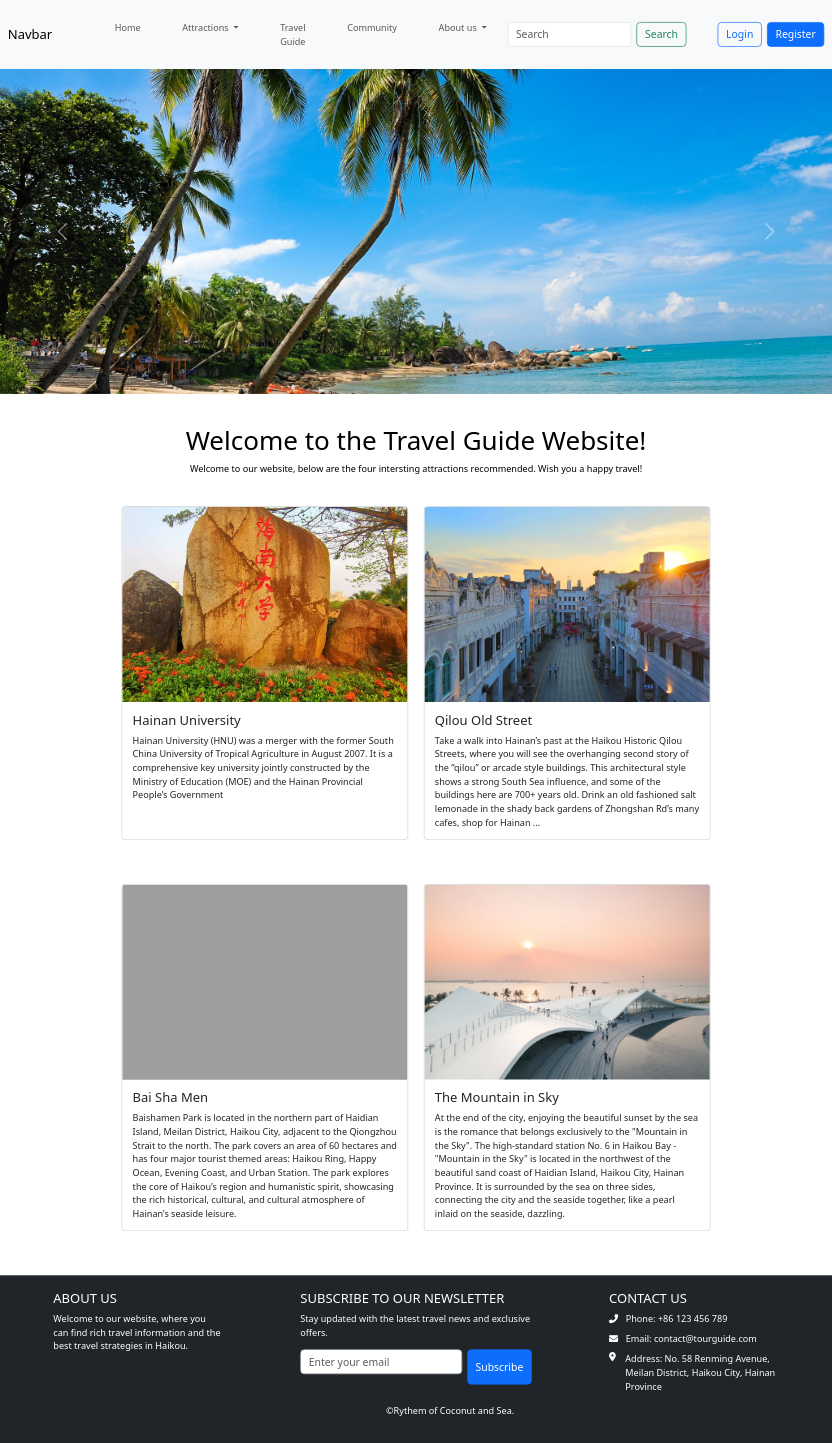
Repository: NIIT-RG6/web-project
Page: /
An editor plug-in stored every save of this project. The page is shown before and after the next save, followed by the edit.
The browser window is 1280 px wide. The pictures show the whole page, at 65% of full size.
Pictures or frames that could not be fetched are drawn as grey boxes. The project was rebuilt for these pictures with package versions that can differ from the ones it lists, and the page was loaded fresh each time. Also part of the build but not shown: vue.config.js, src/views/College.vue, src/views/Foods.vue, src/views/Park.vue, src/views/Sky.vue, src/views/Street.vue, src/views/StrategyHome.vue, src/views/StrategyBlog.vue and 6 more. Imported but missing from the stored project, and not drawn on this page: src/assets/js/vuetify.js.

Above is the page before, as saved 2024-10-25 04:02:58.

### src/main.js
import 'bootstrap/dist/css/bootstrap.min.css';
import 'bootstrap/dist/js/bootstrap.bundle.min.js';
import "element-plus/dist/index.css";
import '@fortawesome/fontawesome-free/css/all.css';

import * as ElementPlusIconsVue from "@element-plus/icons-vue";

import { createApp } from 'vue';
import App from './App.vue';
import router from './router';
//import vuetify from '../src/assets/js/vuetify'
import ElementPlus from "element-plus";



//import '../src/assets/js/vuetify'
import '@/assets/css/global.css'


createApp(App)
  .use(ElementPlus)
  .use(router)
  //.use(vuetify)
  .use((app) => {
    for (const [key, component] of Object.entries(ElementPlusIconsVue)) {
      app.component(key, component);
    }
  })
  .mount("#app");


// Vue.use(vuetify)
// Vue.config.productionTip = false
// new Vue({
//   vuetify,
//   router,
//   render: h => h(App)
// }).$mount('#app')

### src/App.vue
<template>
	<div id="app">
		<!-- 只有在当前路径不属于隐藏列表时才显示 NavBar -->
		<NavBar v-if="!shouldHideNavAndFooter" />

		<!-- 路由视图 -->
		<router-view />

		<!-- 只有在当前路径不属于隐藏列表时才显示 AppFooter -->
		<AppFooter v-if="!shouldHideNavAndFooter" />
	</div>
</template>

<script>
//import "./style.css";
import NavBar from './components/NavBar.vue';
import AppFooter from './components/AppFooter.vue';
import { computed } from 'vue';
import { useRoute } from 'vue-router';


export default {
	components: {
		NavBar,
		AppFooter
	},
	setup() {
		// 使用 useRoute 钩子获取当前路由
		const route = useRoute();

		// 定义需要隐藏 NavBar 和 AppFooter 的路径
		const hiddenRoutes = ['/login', '/register', '/forgot', '/about-us/contract', '/about-us/privacy'];

		// 判断当前路由路径是否在隐藏列表中
		const shouldHideNavAndFooter = computed(() => hiddenRoutes.includes(route.path));

		return {
			shouldHideNavAndFooter
		};
	}
};
</script>

<style scoped lang="less"></style>

### src/router/index.js
import { createRouter, createWebHistory } from 'vue-router';

// import vue from 'vue';
// import VueRouter from 'vue-router';

// Vue.use(VueRouter);
//Static import
import HomePage from '../views/HomePage.vue';
import College from '@/views/College.vue';
import Foods from '@/views/Foods.vue';
import Park from '@/views/Park.vue';
import Sky from '@/views/Sky.vue';
import Street from '@/views/Street.vue';
import StrategyHome from '../views/StrategyHome.vue';
import StrategyBlog from '../views/StrategyBlog.vue';
import InteractiveCommunity from '../views/InteractiveCommunity.vue';

// Dynamic import(lazy loading)
const LoginPage = () => import('@/views/LoginPage.vue');
const RegisterPage = () => import('@/views/RegisterPage.vue');
const ForgotPassword = () => import('@/views/ForgotPassword.vue');
const ContractPage = () => import('@/views/ContractPage.vue');
const PrivacyPolicy = () => import('@/views/PrivacyPolicy.vue');
const TeamPage = () => import('@/views/TeamPage.vue');

const routes = [
  //Static routes
  { path: '/', name: 'HomePage', component: HomePage },
  { path: '/attractions/college', name: 'College', component: College },
  { path: '/attractions/foods', name: 'Foods', component: Foods },
  { path: '/attractions/park', name: 'Park', component: Park },
  { path: '/attractions/sky', name: 'Sky', component: Sky },
  { path: '/attractions/street', name: 'Street', component: Street },
  { path: '/guide', name: 'Strategy', component: StrategyHome },
  { path: '/guide/blog', name: 'Strategy/Blog', component: StrategyBlog },
  { path: "/community", name: "community", component: InteractiveCommunity },

  // Dynamic routes(lazy loading)
  { path: '/login', name: 'LoginPage', component: LoginPage },
  { path: '/register', name: 'RegisterPage', component: RegisterPage },
  { path: '/forgot', name: 'ForgotPassword', component: ForgotPassword },
  { path: '/about-us/contract', name: 'ContractPage', component: ContractPage },
  { path: '/about-us/privacy', name: 'PrivacyPolicy', component: PrivacyPolicy },
  { path: '/about-us/team', name: 'TeamPage', component: TeamPage },

  // {
  //   path: '/login',
  //   name: 'login',
  //   component: () => import('@/views/LoginPage.vue')
  // },
  // {
  //   path: '/register',
  //   name: 'register',
  //   component: () => import('@/views/RegisterPage.vue')
  // },
  // {
  //   path: '/forgot',
  //   name: 'forgot',
  //   component: () => import('@/views/ForgotPassword.vue')
  // },
  // {
  //   path: '/Contract',
  //   name: 'Contract',
  //   component: () => import('@/views/ContractPage.vue')
  // },
  // {
  //   path: '/Privacy',
  //   name: 'Privacy',
  //   component: () => import('@/views/PrivacyPolicy.vue')
  // },
  // {
  //   path: '/Team',
  //   name: 'Team',
  //   component: () => import('@/views/TeamPage.vue')
  // }
];

const router = createRouter({
  history: createWebHistory(process.env.BASE_URL),
  routes
});

export default router;

### src/assets/css/global.css
/* * {
    box-sizing: border-box;
} */
 body {
    color: #000;
    font-size: 14px;
    margin: 0;
    padding: 0;
 }

### src/components/NavBar.vue
<template>
  <nav class="navbar navbar-expand-lg bg-body-tertiary py-4">
    <div class="container-fluid">
      <a class="navbar-brand" href="#">Navbar</a>
      <button class="navbar-toggler" type="button" data-bs-toggle="collapse" data-bs-target="#navbarSupportedContent"
        aria-controls="navbarSupportedContent" aria-expanded="false" aria-label="Toggle navigation">
        <span class="navbar-toggler-icon"></span>
      </button>
      <div class="collapse navbar-collapse" id="navbarSupportedContent">
        <ul class="navbar-nav me-auto mb-2 mb-lg-0 mx-5">
          <li class="nav-item mx-4">
            <router-link to="/" class="nav-link">Home</router-link>
          </li>

          <!-- Attractions Dropdown -->
          <li class="nav-item dropdown mx-4">
            <a class="nav-link dropdown-toggle" href="#" role="button" data-bs-toggle="dropdown" aria-expanded="false">
              Attractions
            </a>
            <ul class="dropdown-menu">
              <li><router-link to="/attractions/college" class="dropdown-item">Hainan University</router-link></li>
              <li><router-link to="/attractions/park" class="dropdown-item">Baishamen Park</router-link></li>
              <li><router-link to="/attractions/sky" class="dropdown-item">The Sky Mountain</router-link></li>
              <li><router-link to="/attractions/street" class="dropdown-item">Qilou Street</router-link></li>
              <li><router-link to="/attractions/foods" class="dropdown-item">Haikou Foods</router-link></li>
            </ul>
          </li>

          <li class="nav-item mx-4">
            <router-link to="/guide" class="nav-link">Travel Guide</router-link>
          </li>

          <li class="nav-item mx-4">
            <router-link to="/community" class="nav-link">Community</router-link>
          </li>

          <!-- About Us Dropdown -->
          <li class="nav-item dropdown mx-4">
            <a class="nav-link dropdown-toggle" href="#" role="button" data-bs-toggle="dropdown" aria-expanded="false">
              About us
            </a>
            <ul class="dropdown-menu">
              <li><router-link to="/about-us/team" class="dropdown-item">Team</router-link></li>
              <li><router-link to="/about-us/contract" class="dropdown-item">Contract</router-link></li>
              <li><router-link to="/about-us/privacy" class="dropdown-item">Privacy</router-link></li>
            </ul>
          </li>
        </ul>

        <!-- Search Form -->
        <form class="d-flex mx-auto" role="search">
          <input class="form-control me-2" type="search" placeholder="Search" aria-label="Search">
          <button class="btn btn-outline-success" type="submit">Search</button>
        </form>

        <!-- Login and Register Buttons -->
        <router-link to="/login" class="btn btn-outline-primary ms-5">Login</router-link>
        <router-link to="/register" class="btn btn-primary ms-2">Register</router-link>
      </div>
    </div>
  </nav>
</template>

<script>
export default {
  name: 'NavBar'
}
</script>

### src/components/AppFooter.vue
<template>
    <footer class="footer bg-dark text-white py-4">
        <div class="container">
            <div class="row">
                <!-- ABOUT US -->
                <div class="col-md-3">
                    <!-- <img :src="" alt=""> -->
                    <h5>ABOUT US</h5>
                    <p>Welcome to our website, where you can find rich travel information and the best travel strategies
                        in Haikou.</p>
                </div>

                <!-- NEWSLETTER SIGNUP -->
                <div class="col-md-4 offset-md-1">
                    <h5>SUBSCRIBE TO OUR NEWSLETTER</h5>
                    <p>Stay updated with the latest travel news and exclusive offers.</p>
                    <form class="d-flex">
                        <div class="mb-3 flex-grow-1 me-2">
                            <input type="email" class="form-control" placeholder="Enter your email" />
                        </div>
                        <button type="submit" class="btn btn-primary">Subscribe</button>
                    </form>
                </div>


                <!-- CONTACT US -->
                <div class="col-md-3 offset-md-1">
                    <h5>CONTACT US</h5>
                    <ul class="list-unstyled contact-info">
                        <li>
                            <i class="fas fa-phone-alt"></i> Phone: +86 123 456 789
                        </li>
                        <li>
                            <i class="fas fa-envelope"></i> Email: contact@tourguide.com
                        </li>
                        <li class="address-item">
                            <i class="fas fa-map-marker-alt"></i> Address: No. 58 Renming Avenue, Meilan District,
                            Haikou City, Hainan Province
                        </li>
                    </ul>
                </div>
            </div>
            <div class="row offset-md-1">
                <div class="col text-center">
                    <p>&copy;Rythem of Coconut and Sea. </p>
                </div>
            </div>
        </div>
    </footer>
</template>

<script>
export default {
    name: 'AppFooter'
}
</script>

<style scoped>
.footer {
    background-color: #343a40;
    color: #ffffff;
    padding: 20px 0;
}

.contact-info li {
    margin-bottom: 10px;
}

.contact-info i {
    margin-right: 8px;
}

.footer a {
    color: #ffffff;
    transition: color 0.3s;
}

.footer a:hover {
    color: #dddddd;
}

.address-item {
    position: relative;
    padding-left: 25px;
}

.address-item i {
    position: absolute;
    left: 0;
    top: 0;
}

.address-item span {
    display: inline-block;
    margin-left: 25px;
}
</style>

### src/views/HomePage.vue
<template>
    <div class="homepage">
        <!-- carousel slide -->

        <div id="carouselExampleIndicators" class="carousel slide">
            <div class="carousel-indicators">
                <button type="button" data-bs-target="#carouselExampleIndicators" data-bs-slide-to="0" class="active"
                    aria-current="true" aria-label="Slide 1"></button>
                <button type="button" data-bs-target="#carouselExampleIndicators" data-bs-slide-to="1"
                    aria-label="Slide 2"></button>
                <button type="button" data-bs-target="#carouselExampleIndicators" data-bs-slide-to="2"
                    aria-label="Slide 3"></button>
            </div>
            <div class="carousel-inner">
                <div class="carousel-item active">
                    <img :src="firstImage" class="d-block w-100 custom-carousel-img" alt="..." />
                </div>
                <div class="carousel-item">
                    <img :src="secondImage" class="d-block w-100 custom-carousel-img" alt="..." />
                </div>
                <div class="carousel-item">
                    <img :src="thirdImage" class="d-block w-100 custom-carousel-img" alt="..." />
                </div>
            </div>
            <button class="carousel-control-prev" type="button" data-bs-target="#carouselExampleIndicators"
                data-bs-slide="prev">
                <span class="carousel-control-prev-icon" aria-hidden="true"></span>
                <span class="visually-hidden">Previous</span>
            </button>
            <button class="carousel-control-next" type="button" data-bs-target="#carouselExampleIndicators"
                data-bs-slide="next">
                <span class="carousel-control-next-icon" aria-hidden="true"></span>
                <span class="visually-hidden">Next</span>
            </button>
        </div>

        <!-- main content -->
        <div class="container mt-5">
            <h1 class="text-center">Welcome to the Travel Guide Website!</h1>
            <p class="text-center">{{ message }}</p>
        </div>

        <!-- card -->
        <div class="container row mt-5 mx-auto justify-content-center">
            <div class="col-md-5 mb-5 card-group" v-for="(attraction, index) in Attractions" :key="index">
                <div class="card">
                    <img :src="attraction.image" class="card-img-top custom-card-img" :alt="attraction.name">
                    <div class="card-body">
                        <h5 class="card-title">{{ attraction.name }}</h5>
                        <p class="card-text">{{ attraction.description }}</p>
                    </div>
                </div>
            </div>
        </div>
    </div>
</template>

<script>
export default {
    name: "HomePage",
    data() {
        return {
            message: "Welcome to our website, below are the four intersting attractions recommended. Wish you a happy travel!",
            firstImage: require('@/assets/images/Carousel1.jpg'),
            secondImage: require('@/assets/images/QiLou.webp'),
            thirdImage: require('@/assets/images/SkyMountain.png'),
            Attractions: [
                {
                    name: 'Hainan University',
                    description: 'Hainan University (HNU) was a merger with the former South China University of Tropical Agriculture in August 2007. It is a comprehensive key university jointly constructed by the Ministry of Education (MOE) and the Hainan Provincial People’s Government',
                    image: require('@/assets/images/HNU.jpg')
                },
                {
                    name: 'Qilou Old Street',
                    description: 'Take a walk into Hainan’s past at the Haikou Historic Qilou Streets, where you will see the overhanging second story of the “qilou” or arcade style buildings. This architectural style shows a strong South Sea influence, and some of the buildings here are 700+ years old. Drink an old fashioned salt lemonade in the shady back gardens of Zhongshan Rd’s many cafes, shop for Hainan ...',
                    image: require('@/assets/images/QiLou.webp')
                },
                {
                    name: 'Bai Sha Men',
                    description: 'Baishamen Park is located in the northern part of Haidian Island, Meilan District, Haikou City, adjacent to the Qiongzhou Strait to the north. The park covers an area of 60 hectares and has four major tourist themed areas: Haikou Ring, Happy Ocean, Evening Coast, and Urban Station. The park explores the core of Haikou’s region and humanistic spirit, showcasing the rich historical, cultural, and cultural atmosphere of Hainan’s seaside leisure.',
                    image: require('@/assets/images/BaiShaMen.png')
                },
                {
                    name: 'The Mountain in Sky',
                    description: 'At the end of the city, enjoying the beautiful sunset by the sea is the romance that belongs exclusively to the "Mountain in the Sky". The high-standard station No. 6 in Haikou Bay - "Mountain in the Sky" is located in the northwest of the beautiful sand coast of Haidian Island, Haikou City, Hainan Province. It is surrounded by the sea on three sides, connecting the city and the seaside together, like a pearl inlaid on the seaside, dazzling.',
                    image: require('@/assets/images/SkyMountain.png')
                }
            ]
        };
    }
};
</script>

<style scoped>
.custom-carousel-img {
    height: 500px;
    object-fit: cover;
}

.card {
    margin-bottom: 20px;
}

.custom-card-img {
    height: 300px;
    object-fit: cover;
}
</style>

Loaded but not shown: public/index.html (common file)

After the next save:
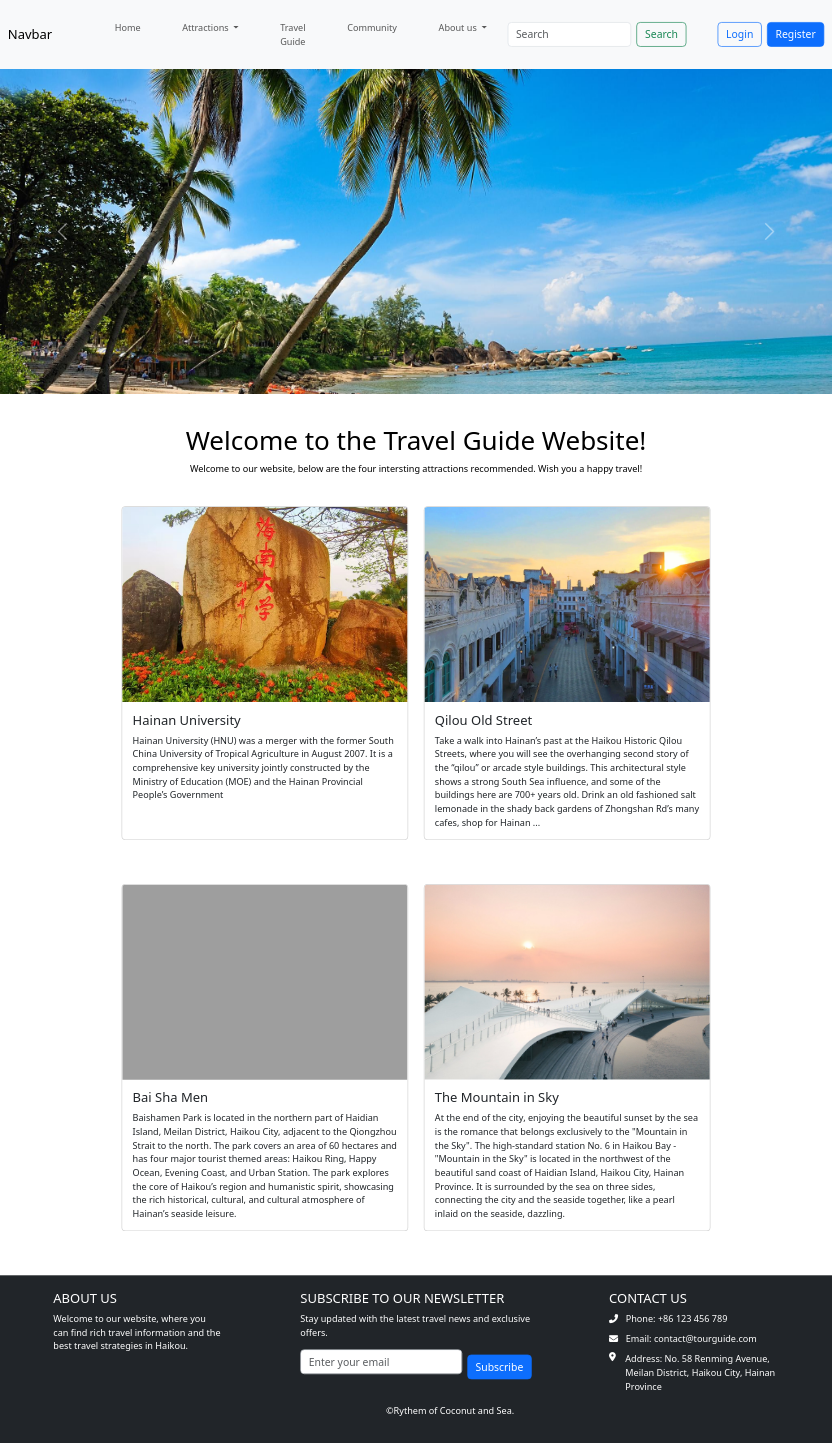
Saved 118 s later.
--- a/src/components/AppFooter.vue
+++ b/src/components/AppFooter.vue
@@ -14,13 +14,14 @@
                 <div class="col-md-4 offset-md-1">
                     <h5>SUBSCRIBE TO OUR NEWSLETTER</h5>
                     <p>Stay updated with the latest travel news and exclusive offers.</p>
-                    <form class="d-flex">
+                    <form class="d-flex align-items-center">
                         <div class="mb-3 flex-grow-1 me-2">
                             <input type="email" class="form-control" placeholder="Enter your email" />
                         </div>
-                        <button type="submit" class="btn btn-primary">Subscribe</button>
+                        <button type="submit" class="btn btn-primary btn-custom">Subscribe</button>
                     </form>
                 </div>
+
 
 
                 <!-- CONTACT US -->
